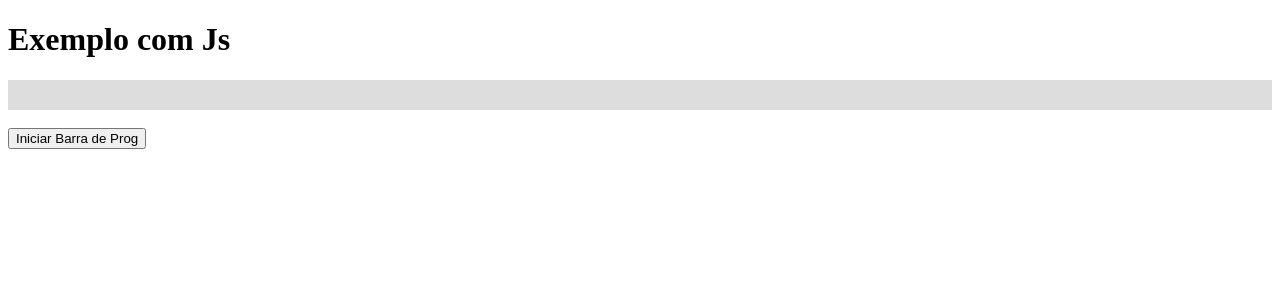
Repository: VictorGOrellana/RecursosJava
Page: http://localhost/curso.edu/pages/progressBar.jsp
These files come from the project's save history. The page is drawn as it stood at one moment and after the next save; the edit follows.
The browser window is 1280 px wide. The pictures show the whole page.
The page is served by Tomcat 9. Nobody is signed in. The application's start-up code is not run. Other server files are loaded and not shown.

Above is the page before, as saved 2019-07-25 18:13:09.

### curso.edu/WebContent/pages/progressBar.jsp
<%@ page language="java" contentType="text/html; charset=ISO-8859-1"
	pageEncoding="ISO-8859-1"%>
<!DOCTYPE html>
<html>
<head>
<meta charset="ISO-8859-1">
<title>Barra de Progresso</title>
<style type="text/css">
#myProgress {
	width: 100%;
	background-color: #ddd;

}

#myBar {
	width: 0%;
	height: 30px;
	background-color: #4CAF50;

}
</style>
</head>
<body>

	<h1>Exemplo com Js</h1>
		<div id="myProgress">
			<div id="myBar">
			</div>
		</div>
		<br/>

		<button onclick="exibirBarra()">Iniciar Barra de Prog</button>

		<script type="text/javascript">

		function exibirBarra(){
			var elem = document.getElementById("myBar");
			var width = 1;
			var id = setInterval(frame, 20 );

				function frame(){
					if(width >= 100){
						clearInterval(id);

					} else {
						width++;
						elem.style.width = width +"%";
					}

				}


		}
		</script>




</body>
</html>

After the next save:
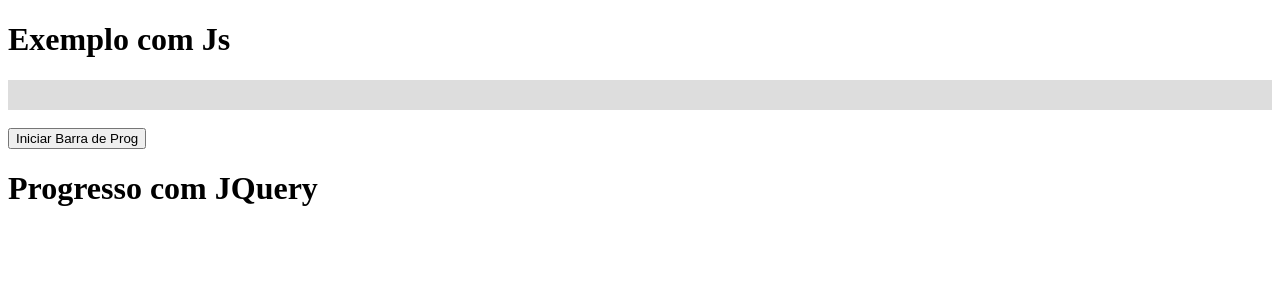
Saved 26 min 1 s later.
--- a/curso.edu/WebContent/pages/progressBar.jsp
+++ b/curso.edu/WebContent/pages/progressBar.jsp
@@ -31,6 +31,24 @@
 
 		<button onclick="exibirBarra()">Iniciar Barra de Prog</button>
 
+
+
+
+
+		<br/>
+
+		<h1>Progresso com JQuery</h1>
+
+
+
+
+
+
+
+
+
+
+
 		<script type="text/javascript">
 
 		function exibirBarra(){
